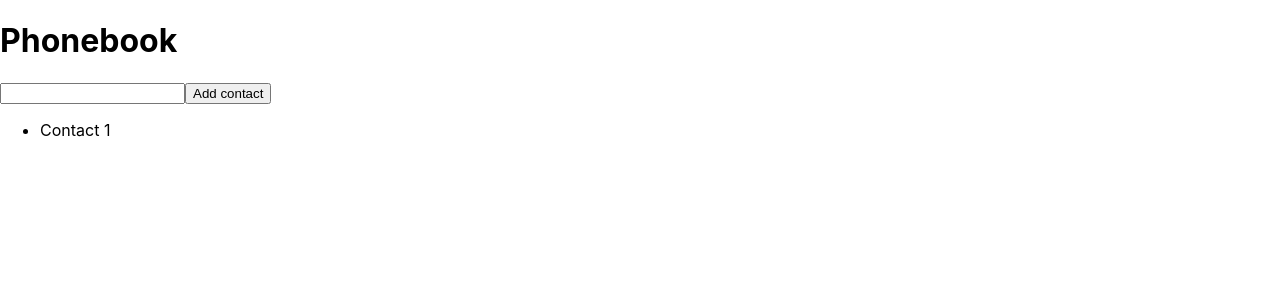
Repository: alexshlikhta/goit-react-hw-02-phonebook
Page: /
These files come from the project's save history. The page is drawn as it stood at one moment and after a run of saves; the edit follows.
The browser window is 1280 px wide. The pictures show the whole page.
The project was rebuilt for these pictures with package versions that can differ from the ones it lists, and the page was loaded fresh each time. Also part of the build but not shown: src/App.css.

Above is the page before, as saved 2021-12-07 21:43:38.

After the next 7 saves:
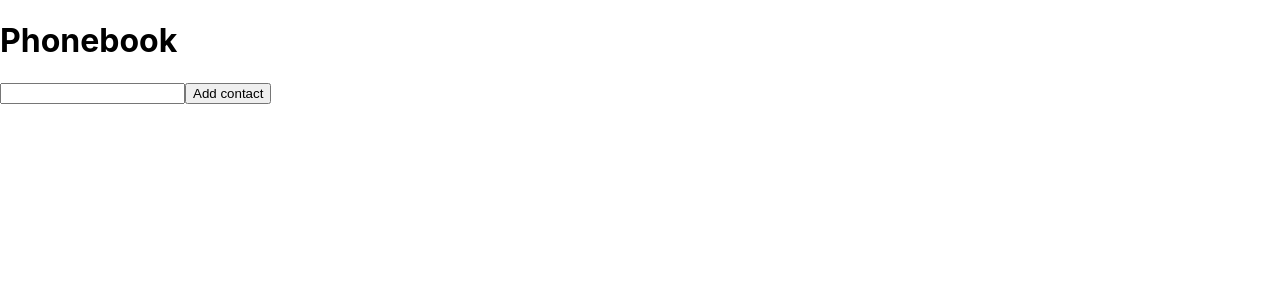
The 7 saves are shown as one change because 1 did not build or start and some came seconds apart.
The last was saved 28 s later.
--- a/src/App.js
+++ b/src/App.js
@@ -38,8 +38,10 @@ export default class App extends Component {
 				</form>
 
         <ul>
-
-					<li>Contact 1</li>
+          {this.state.contacts.map(() =>
+          {
+            <li>Contact 1</li>
+          })}
 				</ul>
 			</>
 		);
